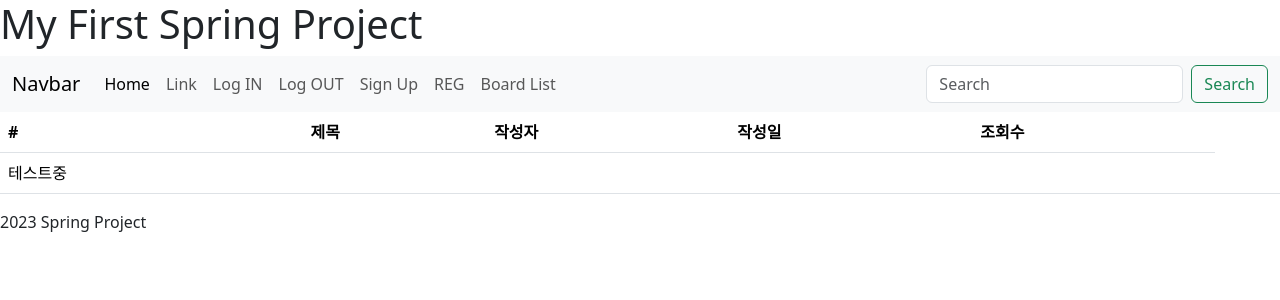
Repository: gatsby5959/_springTest
Page: http://localhost/spring-Test/WEB-INF/views/board/detail.jsp
An editor plug-in stored every save of this project. The page is shown before and after the next save, followed by the edit.
The browser window is 1280 px wide. The pictures show the whole page.
The page is served by Tomcat 9. Nobody is signed in. Other server files are loaded and not shown. The template is opened directly, without the code that normally fills it, so the values that code supplies are empty.

Above is the page before, as saved 2023-10-05 09:19:12.

### spring-Test/src/main/webapp/WEB-INF/views/board/detail.jsp
<%@ page language="java" contentType="text/html; charset=UTF-8"
    pageEncoding="UTF-8"%>
<%@ taglib uri="http://java.sun.com/jsp/jstl/core" prefix="c" %>
<!DOCTYPE html>
<html>
<head>
<meta charset="UTF-8">
<title>Insert title here</title>
</head>
<body>


<jsp:include page="../layout/header.jsp"></jsp:include>


<table class="table hover">
<thead>
<tr>
	<th>#</th>
	<th>제목</th>
	<th>작성자</th>
	<th>작성일</th>
	<th>조회수</th>
</tr>
</thead>
<tbody>

	<tr>
		<td>테스트중</td>
		<td>${bno }</td>
		<td>${title }</a></td>
		<td>${writer }</td>
		<td>${registerDate }</td>
		<td>${read_count }</td>
	</tr>

</tbody>
</table>


<jsp:include page="../layout/footer.jsp"></jsp:include>



</body>
</html>

### spring-Test/src/main/webapp/WEB-INF/views/layout/header.jsp
<%@ page language="java" contentType="text/html; charset=UTF-8"
    pageEncoding="UTF-8"%>
<%@ taglib uri="http://java.sun.com/jsp/jstl/core" prefix="c" %>
<!DOCTYPE html>
<html>
<head>
<meta charset="UTF-8">
<link href="https://cdn.jsdelivr.net/npm/bootstrap@5.3.1/dist/css/bootstrap.min.css" rel="stylesheet" integrity="sha384-4bw+/aepP/YC94hEpVNVgiZdgIC5+VKNBQNGCHeKRQN+PtmoHDEXuppvnDJzQIu9" crossorigin="anonymous">
<script src="https://cdn.jsdelivr.net/npm/bootstrap@5.3.1/dist/js/bootstrap.bundle.min.js" integrity="sha384-HwwvtgBNo3bZJJLYd8oVXjrBZt8cqVSpeBNS5n7C8IVInixGAoxmnlMuBnhbgrkm" crossorigin="anonymous"></script>
<title>Insert title here</title>

</head>
<body>
<h1> My First Spring Project </h1>

<nav class="navbar navbar-expand-lg bg-body-tertiary">
  <div class="container-fluid">
    <a class="navbar-brand" href="#">Navbar</a>
    <button class="navbar-toggler" type="button" data-bs-toggle="collapse" data-bs-target="#navbarSupportedContent" aria-controls="navbarSupportedContent" aria-expanded="false" aria-label="Toggle navigation">
      <span class="navbar-toggler-icon"></span>
    </button>
    <div class="collapse navbar-collapse" id="navbarSupportedContent">
      <ul class="navbar-nav me-auto mb-2 mb-lg-0">
        <li class="nav-item">
          <a class="nav-link active" aria-current="page" href="#">Home</a>
        </li>
        <li class="nav-item">
          <a class="nav-link" href="#">Link</a>
        </li>
<!--         <li class="nav-item dropdown"> -->
<!--           <a class="nav-link dropdown-toggle" href="#" role="button" data-bs-toggle="dropdown" aria-expanded="false"> -->
<!--             Dropdown -->
<!--           </a> -->
<!--           <ul class="dropdown-menu"> -->
<!--             <li><a class="dropdown-item" href="#">Action</a></li> -->
<!--             <li><a class="dropdown-item" href="#">Another action</a></li> -->
<!--             <li><hr class="dropdown-divider"></li> -->
<!--             <li><a class="dropdown-item" href="#">Something else here</a></li> -->
<!--           </ul> -->
<!--         </li> -->
        <li class="nav-item">
          <a class="nav-link" href="#">Log IN</a>
        </li>
        <li class="nav-item">
          <a class="nav-link" href="#">Log OUT</a>
        </li>
        <li class="nav-item">
          <a class="nav-link" href="#">Sign Up</a>
        </li>
        <li class="nav-item">
          <a class="nav-link" href="/board/register">REG</a> <!-- 컨트롤러board의 register로 가라 -->
        </li>
        <li class="nav-item">
          <a class="nav-link" href="/board/list">Board List</a>
        </li>
      </ul>
      <form class="d-flex" role="search">
        <input class="form-control me-2" type="search" placeholder="Search" aria-label="Search">
        <button class="btn btn-outline-success" type="submit">Search</button>
      </form>
    </div>
  </div>
</nav>

### spring-Test/src/main/webapp/WEB-INF/views/layout/footer.jsp
<%@ page language="java" contentType="text/html; charset=UTF-8"
    pageEncoding="UTF-8"%>

<div>
2023 Spring Project
</div>
</body>
</html>

After the next save:
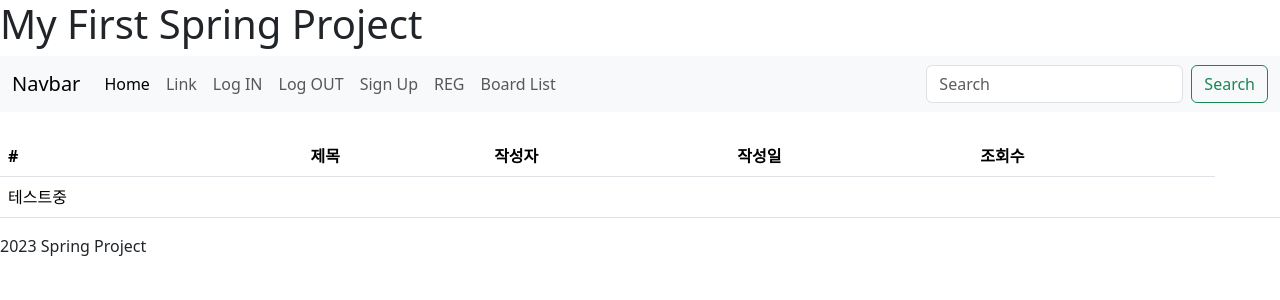
Saved 22 s later.
--- a/spring-Test/src/main/webapp/WEB-INF/views/board/detail.jsp
+++ b/spring-Test/src/main/webapp/WEB-INF/views/board/detail.jsp
@@ -26,7 +26,7 @@
 <tbody>
 
 	<tr>
-		<td>테스트중</td>
+		<td>테스트중</td> <br>
 		<td>${bno }</td>
 		<td>${title }</a></td>
 		<td>${writer }</td>
